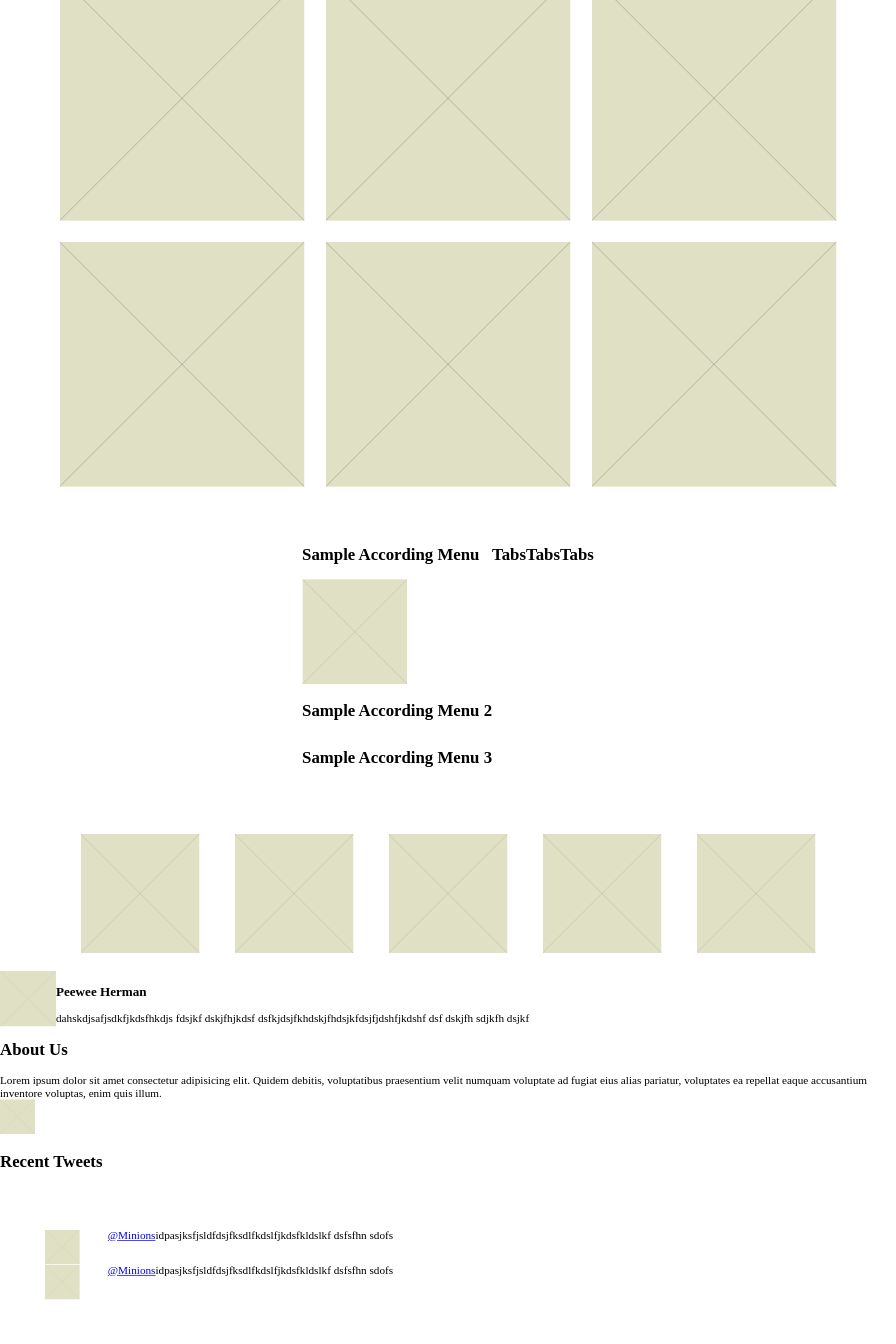
Repository: ReallyNguyen/responsive-web
Page: index.html
An editor plug-in stored every save of this project. The page is shown before and after the next save, followed by the edit.
The browser window is 1280 px wide. The pictures show the part of the page from y = 1079 to 2999 px (the page is 2999 px tall), at 70% of full size.

Above is the page before, as saved 2023-01-25 22:10:01.

After the next save:
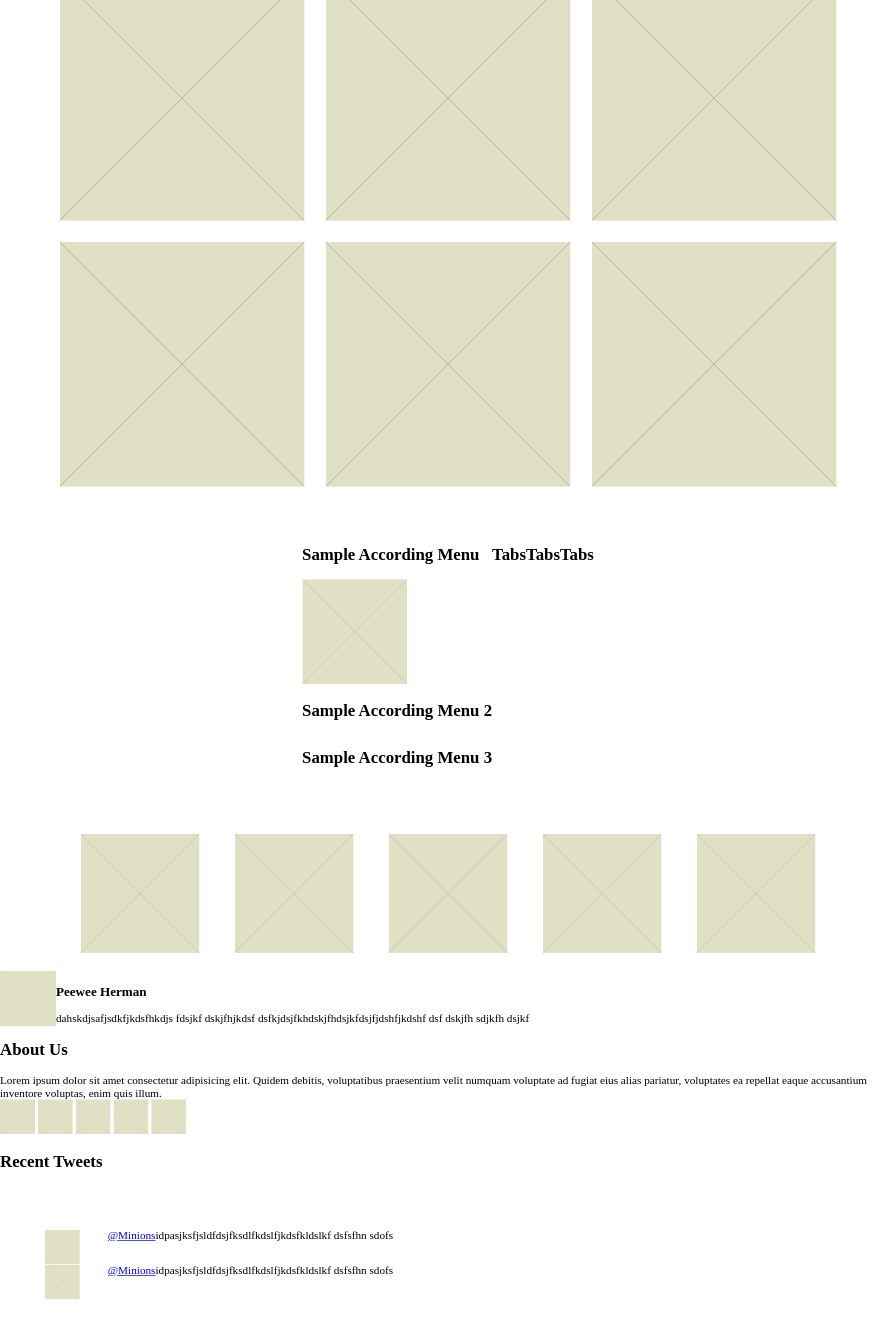
Saved 4 min 44 s later.
--- a/index.html
+++ b/index.html
@@ -178,7 +178,13 @@
         <h2> About Us</h2>
       <div class="about-us-box">
         <p> Lorem ipsum dolor sit amet consectetur adipisicing elit. Quidem debitis, voluptatibus praesentium velit numquam voluptate ad fugiat eius alias pariatur, voluptates ea repellat eaque accusantium inventore voluptas, enim quis illum.</p>
-        <img class="social-media" src="placeholder.svg" alt="" width="50" height="50">
+        <div class="media">
+          <img class="social-media" src="placeholder.svg" alt="" width="50" height="50">
+          <img class="social-media" src="placeholder.svg" alt="" width="50" height="50">
+          <img class="social-media" src="placeholder.svg" alt="" width="50" height="50">
+          <img class="social-media" src="placeholder.svg" alt="" width="50" height="50">
+          <img class="social-media" src="placeholder.svg" alt="" width="50" height="50">
+        </div>
       </div>
 
       </div>
